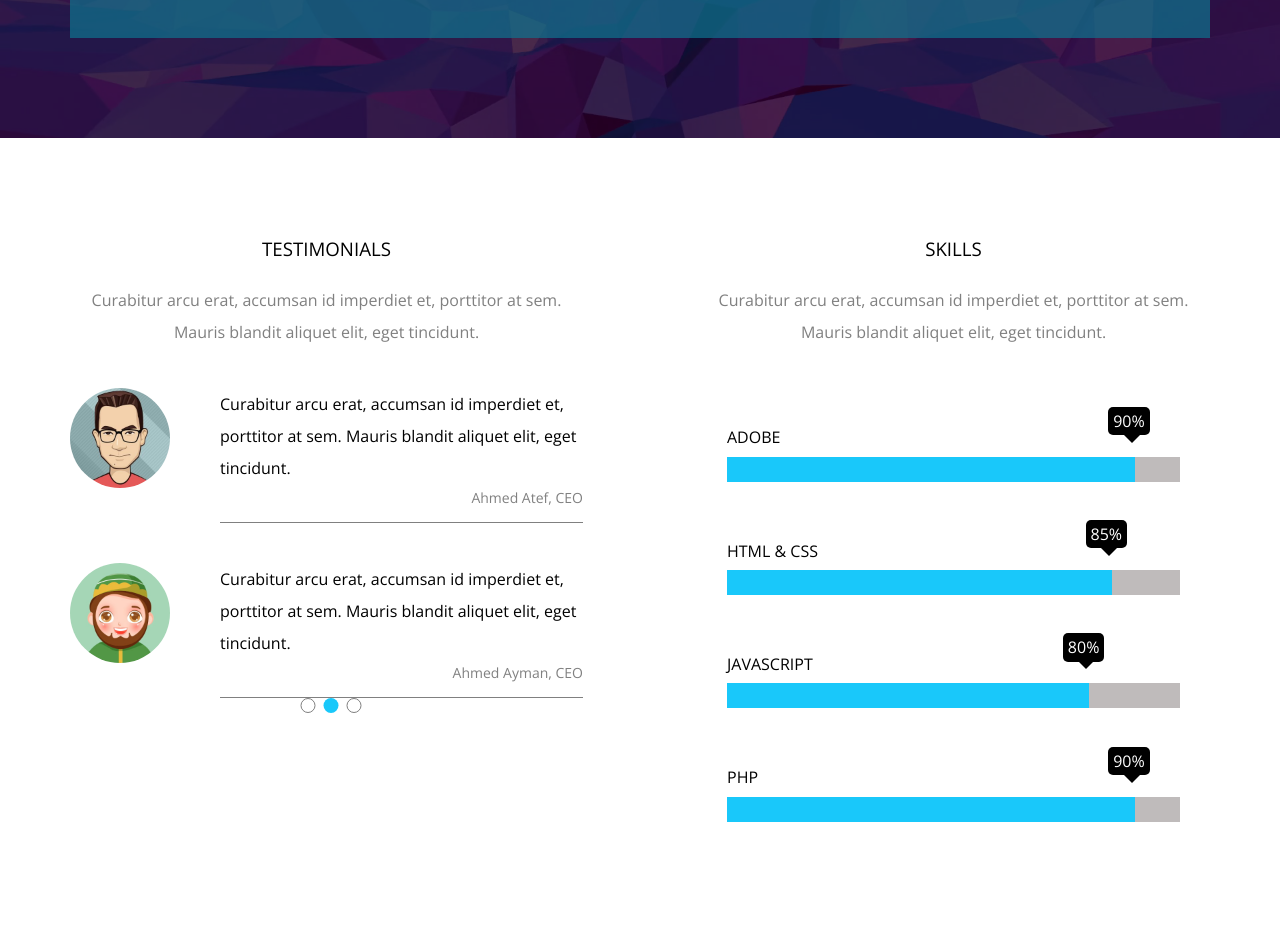
Repository: Ahmed123rezk123/Template_2
Page: index.html
The author's editor kept a copy of each file at every save. The page is drawn from the files as they stood at one save, then again after the next save.
The browser window is 1280 px wide. The pictures show the part of the page from y = 4915 to 5867 px (the page is 5867 px tall).
A picture or video elsewhere on the page could not be fetched, so the positions and the page height are approximate. Some web fonts or font styles are not loaded; a fallback is used.

Above is the page before, as saved 2024-04-15 19:16:02.

After the next save:
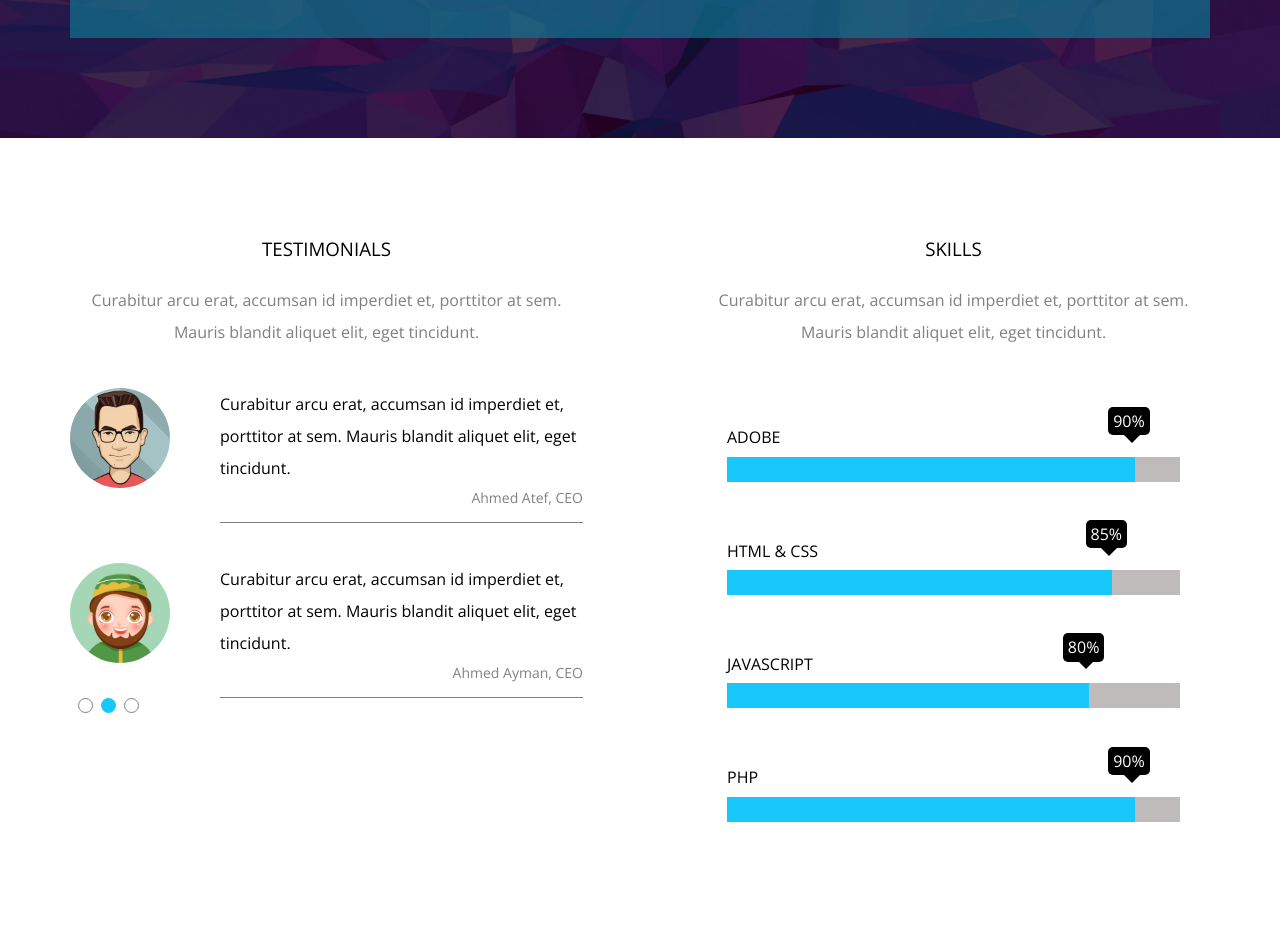
Saved 64 s later.
--- a/css/kasper.css
+++ b/css/kasper.css
@@ -713,11 +713,8 @@ margin-right: 50px;
 }
 
 .our-skills .container .testimonial .bullets {
-        position: absolute;
-        transform: translateX(-50%);
-        /* bottom: 100px; */
-        left: 50%;
         display: flex;
+        justify-content: ;
 }
 .our-skills .container .testimonial  .bullets li {
     width: 15px;
